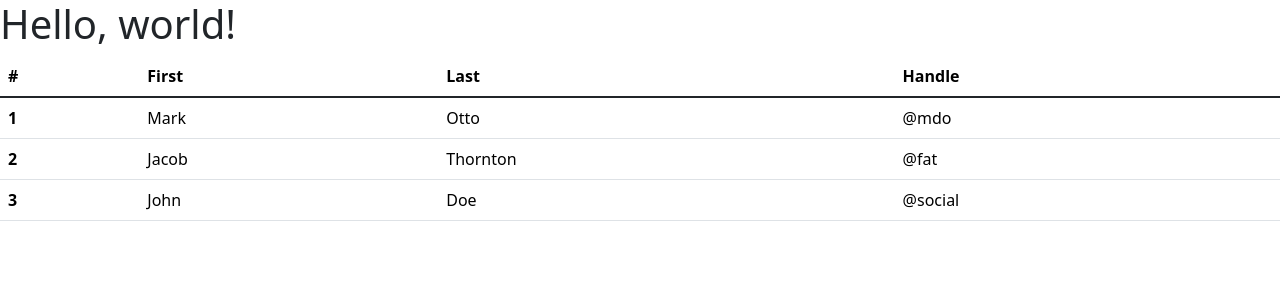
Repository: faizrehmandeveloper-spec/mern
Page: js/todo.html
An editor plug-in stored every save of this project. The page is shown before and after the next save, followed by the edit.
The browser window is 1280 px wide. The pictures show the whole page.

Above is the page before, as saved 2026-06-25 11:32:19.

After the next save:
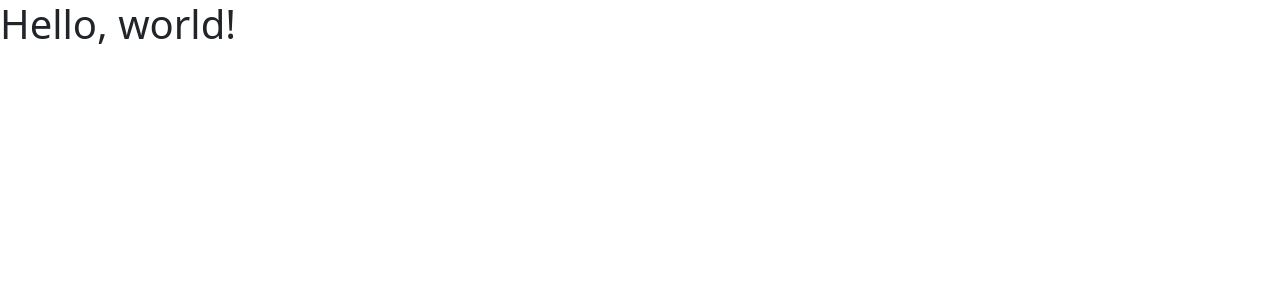
Saved 22 s later.
--- a/js/todo.html
+++ b/js/todo.html
@@ -11,36 +11,7 @@
 
 <body>
     <h1>Hello, world!</h1>
-    <table class="table">
-        <thead>
-            <tr>
-                <th scope="col">#</th>
-                <th scope="col">First</th>
-                <th scope="col">Last</th>
-                <th scope="col">Handle</th>
-            </tr>
-        </thead>
-        <tbody class="table-group-divider">
-            <tr>
-                <th scope="row">1</th>
-                <td>Mark</td>
-                <td>Otto</td>
-                <td>@mdo</td>
-            </tr>
-            <tr>
-                <th scope="row">2</th>
-                <td>Jacob</td>
-                <td>Thornton</td>
-                <td>@fat</td>
-            </tr>
-            <tr>
-                <th scope="row">3</th>
-                <td>John</td>
-                <td>Doe</td>
-                <td>@social</td>
-            </tr>
-        </tbody>
-    </table>
+
     <script src="https://cdn.jsdelivr.net/npm/bootstrap@5.3.8/dist/js/bootstrap.bundle.min.js"
         integrity="sha384-FKyoEForCGlyvwx9Hj09JcYn3nv7wiPVlz7YYwJrWVcXK/BmnVDxM+D2scQbITxI"
         crossorigin="anonymous"></script>
